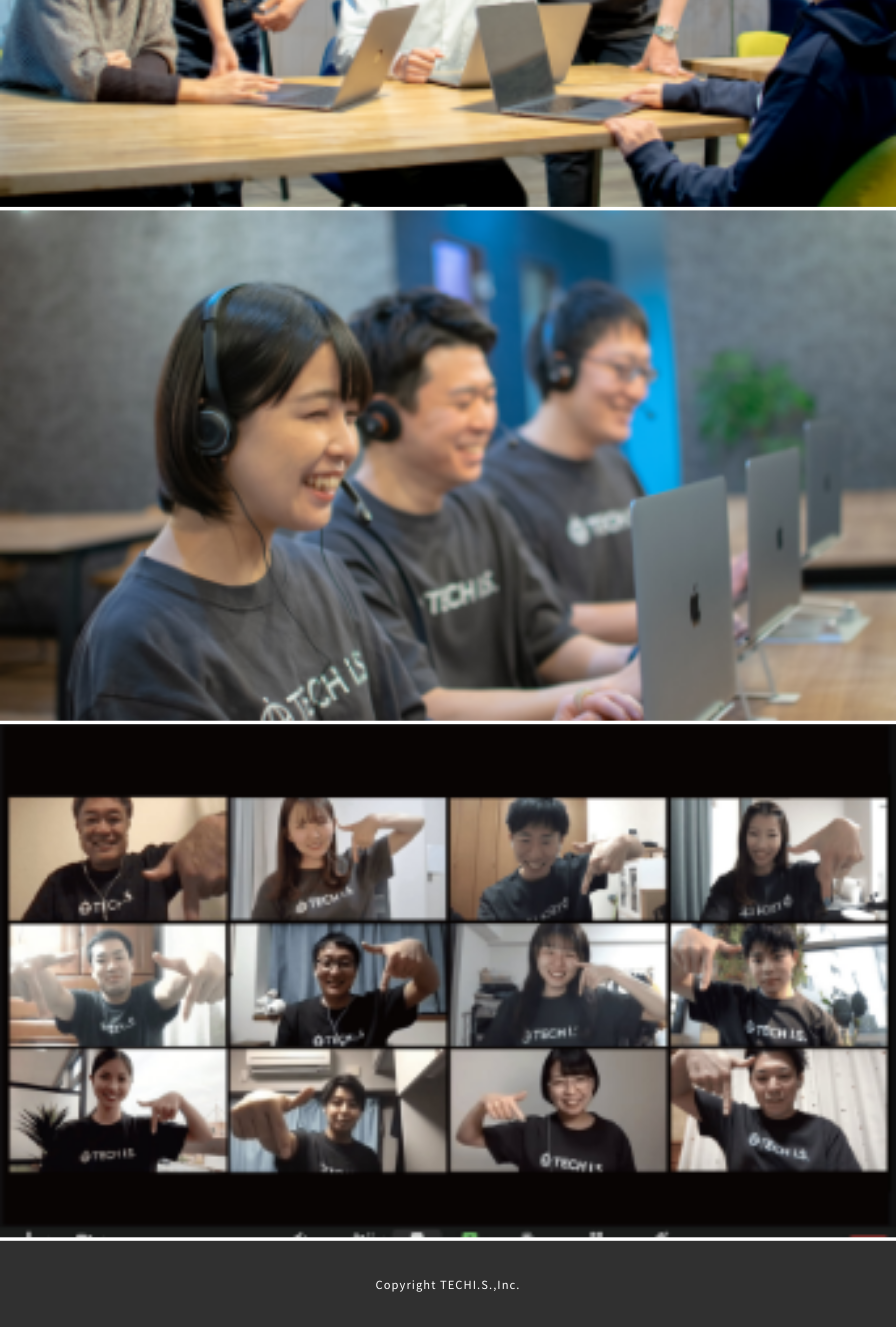
Repository: ryunoesta/lp-techis
Page: indx.html
The author's editor kept a copy of each file at every save. The page is drawn from the files as they stood at one save, then again after a run of saves.
The browser window is 1280 px wide. The pictures show the part of the page from y = 1482 to 3402 px (the page is 3378 px tall before and 3402 px after), at 70% of full size.

Above is the page before, as saved 2022-06-15 22:33:51.

### indx.html
<!DOCTYPE html>
<html lang="ja">
<head>
    <meta charset="UTF-8">
    <meta http-equiv="X-UA-Compatible" content="IE=edge">
    <meta name="viewport" content="width=device-width, initial-scale=1.0">
    <!-- reset css -->
    <link rel="stylesheet" href="./CSS/reset.css">
    <!-- style css -->
    <link rel="stylesheet" href="./CSS/style.css">
    <!-- fontawesome -->
    <link rel="stylesheet" href="https://use.fontawesome.com/releases/v5.15.1/css/all.css">
    <title>プログラミングスクール テックアイエス</title>
</head>
<body>
    <!-- header -->
    <header class="header">
        <h1 class="logo">
            <img src="./img/logo.png" alt="ロゴ画像">
        </h1>
        <ul class="menu-pc">
            <li><a href="#">About</a></li>
            <li><a href="#">Service</a></li>
            <li><a href="#">News</a></li>
            <!-- リンク先追加 -->
            <li><a href="contact"><i class="fas fa-file-signature"></i>Contact</a></li>
        </ul>
    </header>

    <!-- main -->
    <main>
        <!-- fv -->
        <section class="front-fv">
            <img src="./img/top1.png" alt="ファーストビュー">
            <h2>どこにいても、
                <br>
                生まれても、
                <br>
                世界最高の教育が受けられる。
            </h2>
        </section>

        <!-- about -->
        <section class="front-about">
            <h2 class="front-common__title">
                About
            </h2>
            <ul class="front-about__list">
                <li class="front-about__item"><img src="./img/logo.png" alt="ロゴ画像"></li>
                <li class="front-about__item">
                    <div class="front-about_txt">
                        <h3>
                            プログラミングスクール
                            <br>
                            テックアイエス
                        </h3>
                        <p>テキストテキストテキストテキストテキストテキストテキストテキストテキストテキストテキストテキストテキストテキストテキスト テキストテキストテキストテキストテキストテキストテキストテキストテキストテキストテキストテキストテキストテキストテキスト テキストテキストテキストテキストテキストテキストテキストテキストテキストテキストテキストテキストテキストテキストテキスト</p>
                    </div>
                </li>
            </ul>
        </section>

        <!-- service -->
        <section class="front-service">
            <h2 class="front-common__title">
                Service
            </h2>
            <ul class="front-service__list">
                <li class="front-service__item">
                    <img src="./img/service1.png" alt="サービス１">
                    <h3></h3>
                </li>

                <li class="front-service__item">
                    <img src="./img/service2.png" alt="サービス２">
                    <h3></h3>
                </li>
                <li class="front-service__item">
                    <img src="./img/service3.png" alt="サービス３">
                    <div class="front-service__desc"></div>
                </li>
            </ul>
        </section>




    </main>


    <!-- footer -->
    <footer class="footer"> <!-- footerはブロックレベル要素 -->
        <p>
            <small>Copyright TECHI.S.,Inc.</small>
        </p>
    </footer>
</body>
</html>

### CSS/reset.css
*, *::before, *::after {
    box-sizing: border-box;
}
html, body, div, span, applet, object, iframe, h1, h2, h3, h4, h5, h6, p, blockquote, pre, a,
abbr, acronym, address, big, cite, code, del, dfn, em, font, ins, kbd, q, s, samp, small, strike,
strong, sub, sup, tt, var, dl, dt, dd, ol, ul, li, fieldset, form, label, legend, table,
caption, tbody, tfoot, thead, tr, th, td {
    border: 0;
    font-size: 100%;
    font-weight: inherit;
    margin: 0;
    outline: 0;
    padding: 0;
    vertical-align: baseline;
}
body {
    width: 100%;
    height: 100%;
    margin: 0 auto;
    letter-spacing: 1.5px;
    line-height: 1.5;
}
img {
    width: 100%;
    height: 100%;
    top: 0;
    left: 0;
    object-fit: cover;
}
a {
    color: black;
    text-decoration: none;
}
ol, ul {
    list-style: none;
}
table {
    border-collapse: separate;
    border-spacing: 0;
}

### CSS/style.css
/* フォントの設定 */
@import url('https://fonts.googleapis.com/css2?family=Noto+Sans+JP&display=swap');
html, body {
    font-size: 16px;
    font-family: 'Noto Sans JP', sans-serif;
}

/* header */
.header {
    display: flex;
    align-items: center;
    justify-content: space-between;
    max-width: 1100px;
    height: 70px;
    margin: auto;
}

.logo img {
    width: 170px;
    height: auto;
}

.menu-pc {
    display: flex;
    align-items: center;
}

.menu-pc li {
    margin: 0 30px;
}

.menu-pc a {
    font-weight: bold;
}

.menu-pc li:last-child {
    margin-right: 0;
}

.menu-pc li:last-child a {
    display: block;
    color: #fff;
    background: #00abae;
    padding: 10px 30px;
    border-radius: 50px;
}

/* footer */
.footer {
    padding: 50px;  /* paddingにautoはない */
    background: #303030;
}

.footer p {
    color: #fff;
    text-align: center;
}

/* fv */
.front-fv {
    position: relative;
    height: 400px;
}

.front-fv h2 {
    position: absolute;
    top: 50%;
    -webkit-transform: translateY(-50%);
    -moz-transform: translateY(-50%);
    -ms-transform: translateY(-50%);
    -o-transform: translateY(-50%);
    transform: translateY(-50%);
    left: 20%;
    color: #fff;
    font-size: 30px;
    font-weight: bold;
    line-height: 2;
}

/* common */
.front-common__title {
    position: relative;
    font-size: 30px;
    font-weight: bold;
    color: #00abae;
    text-align: center;
    margin-bottom: 50px;
    padding-bottom: 10px;
}

/* about */
.front-about {
    max-width: 1100px;
    margin: 50px auto;
}

.front-about__list {
    display: flex;
    align-items: center;
    justify-content:center;
}

.front-about__item {
    width: 50%;
}

.front-about__item h3 {
    font-size: 25px;
    font-weight: bold;
}

.front-about__item p {
    margin-top: 20px;
}

.front-about__item:first-child{
    margin-right: 30px;
}

.front-about__item:last-child{
    margin-left: 30px;
}

After the next 3 saves:
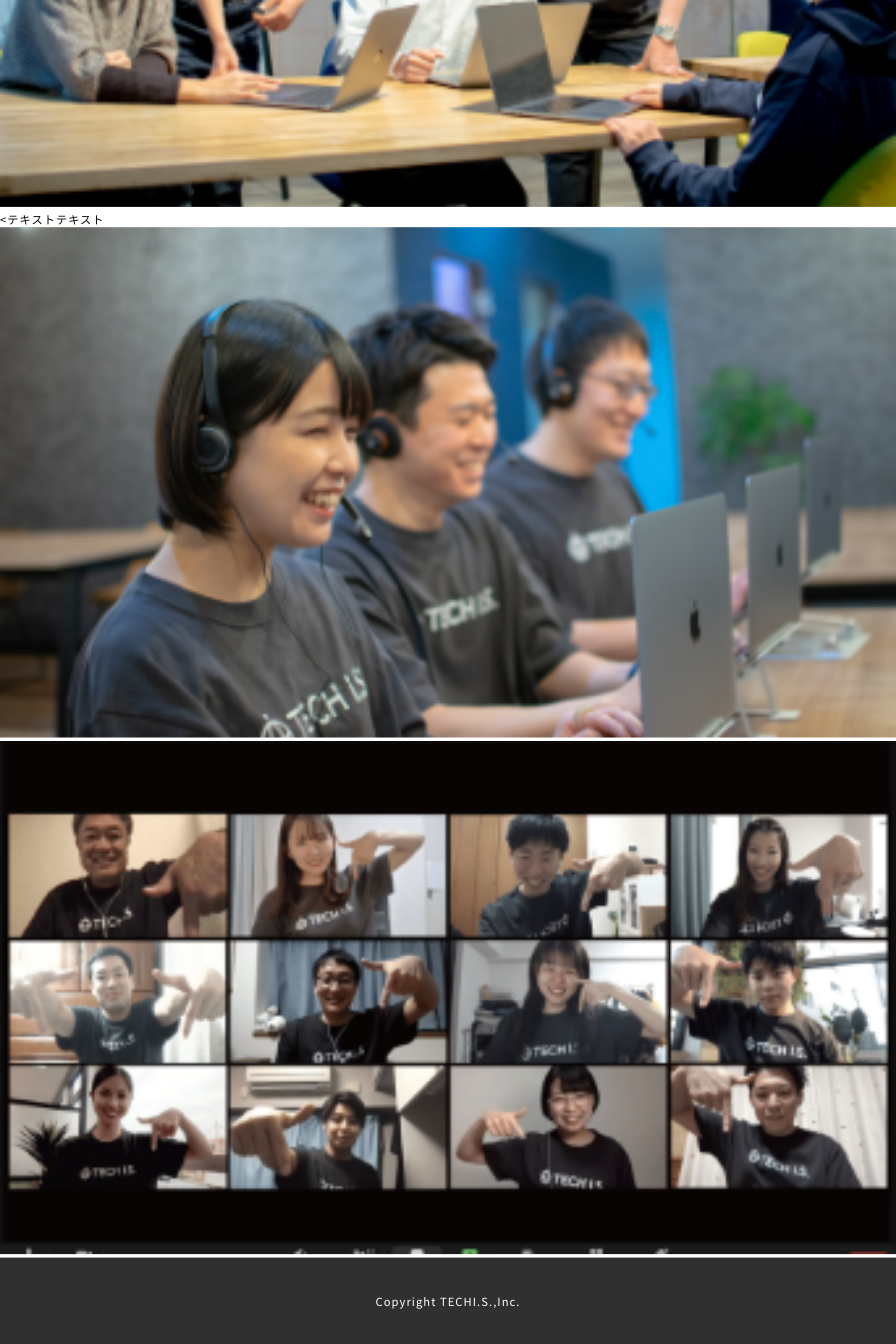
The 3 saves are shown as one change because they came seconds apart.
The last was saved 9 s later.
--- a/indx.html
+++ b/indx.html
@@ -68,7 +68,7 @@
             <ul class="front-service__list">
                 <li class="front-service__item">
                     <img src="./img/service1.png" alt="サービス１">
-                    <h3></h3>
+                    <h3><テキストテキスト</h3>
                 </li>
 
                 <li class="front-service__item">
